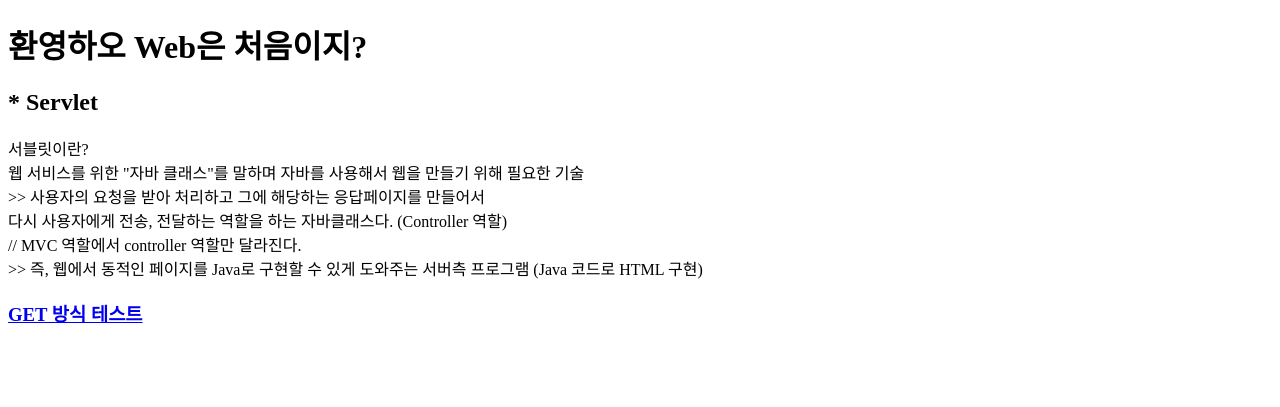
Repository: 1400CP/05_server-workspace1
Page: 1_Servlet/WebContent/index.html
The author's editor kept a copy of each file at every save. The page is drawn from the files as they stood at one save, then again after the next save.
The browser window is 1280 px wide. The pictures show the whole page.

Above is the page before, as saved 2025-02-14 03:39:11.

After the next save:
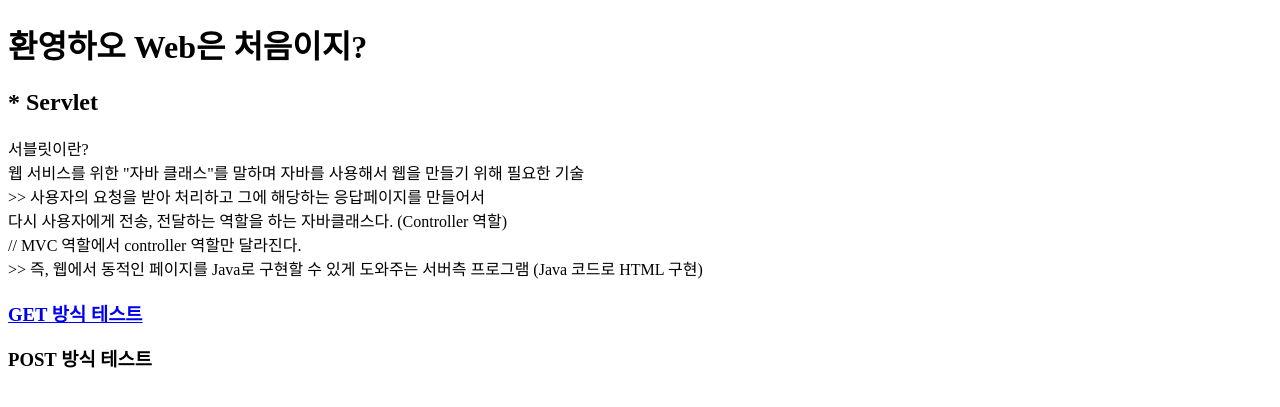
Saved 31 s later.
--- a/1_Servlet/WebContent/index.html
+++ b/1_Servlet/WebContent/index.html
@@ -21,5 +21,8 @@
 
 	<h3><a href="views/requestTest_GET.html">GET 방식 테스트</a></h3>
 
+	<h3><a>POST 방식 테스트</a></h3>
+
+
 </body>
 </html>

After the save that followed:
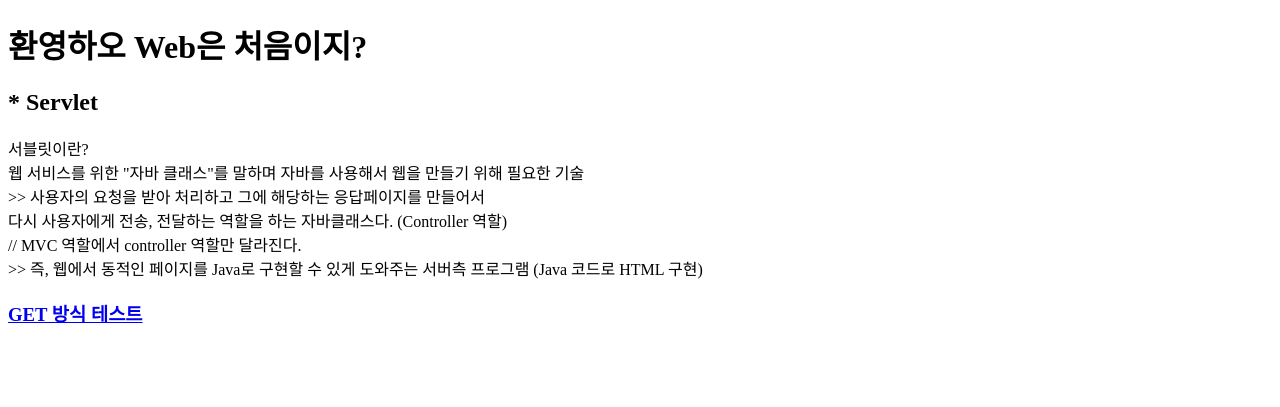
Saved 31 s later.
--- a/1_Servlet/WebContent/index.html
+++ b/1_Servlet/WebContent/index.html
@@ -21,7 +21,7 @@
 
 	<h3><a href="views/requestTest_GET.html">GET 방식 테스트</a></h3>
 
-	<h3><a>POST 방식 테스트</a></h3>
+	<h3><a href="views/requestTest_POST.html>POST 방식 테스트</a></h3>
 
 
 </body>
